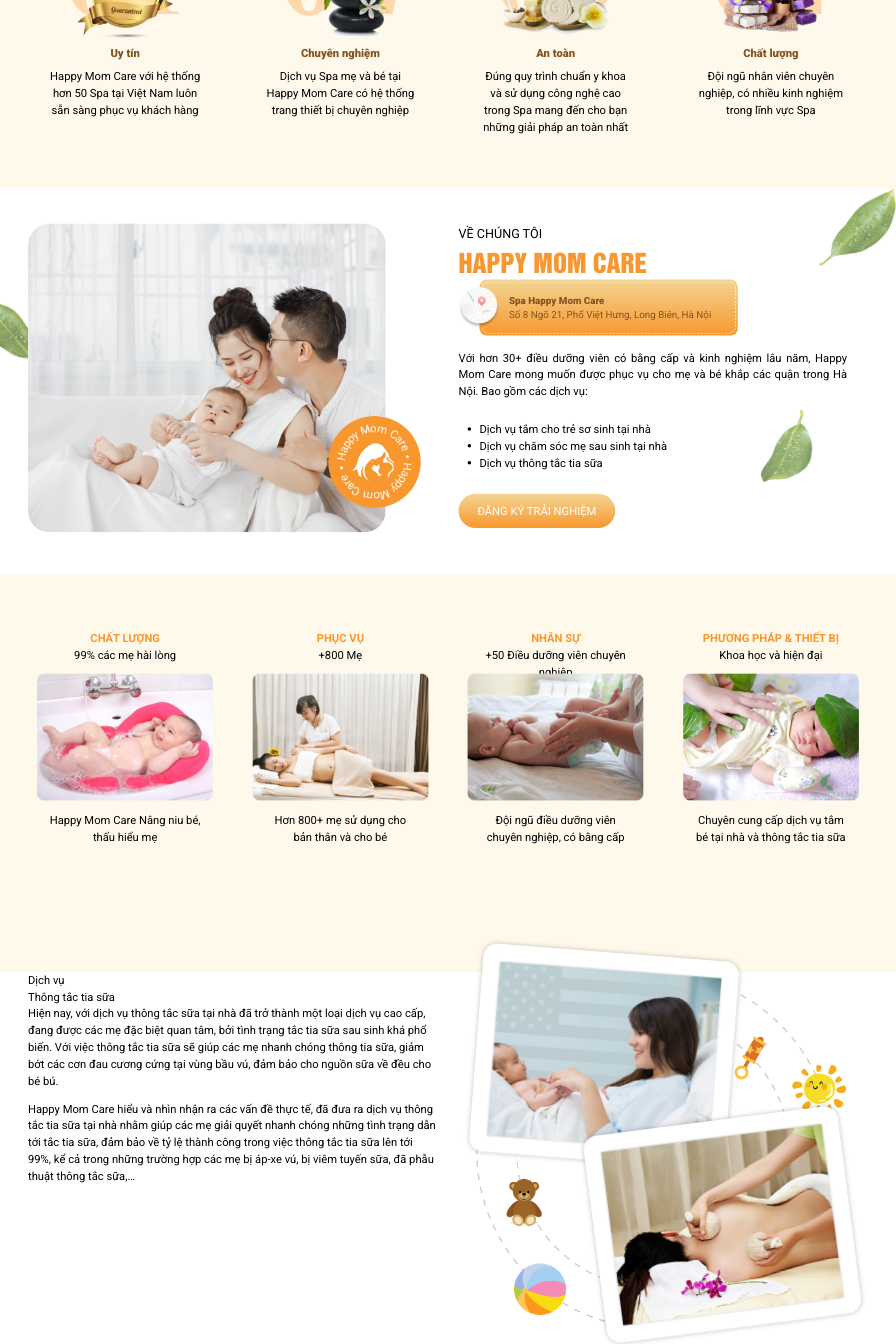
Repository: haianh12082001/happymom
Page: index.html
These files come from the project's save history. The page is drawn as it stood at one moment and after the next save; the edit follows.
The browser window is 1280 px wide. The pictures show the part of the page from y = 849 to 2769 px (the page is 2769 px tall), at 70% of full size.
Some web libraries are served in a nearby version. The style sheet was rebuilt from its Sass, Less or Tailwind sources for each picture, by a compiler version that may differ from the author's.

Above is the page before, as saved 2021-11-16 10:04:58.

After the next save:
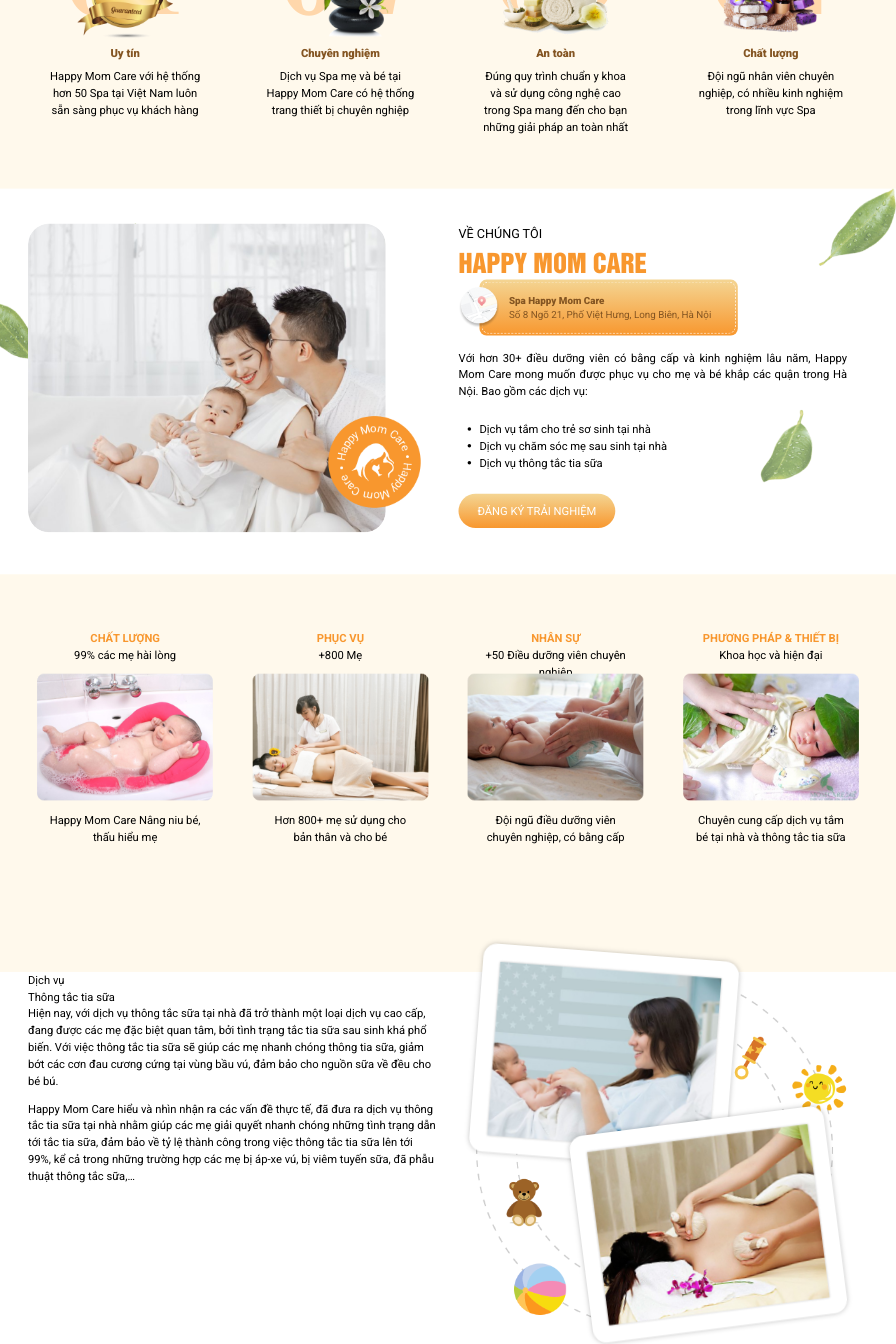
Saved 45 s later.
--- a/assets/sass/_service.scss
+++ b/assets/sass/_service.scss
@@ -23,7 +23,7 @@
     &__img--bottom {
         position: absolute;
         bottom: 0;
-        right: 40px;
+        right: 60px;
         padding: 20px;
         filter: drop-shadow(0px 0px 4px rgba(0, 0, 0, 0.25));
         transform: rotate(-7.32deg);
